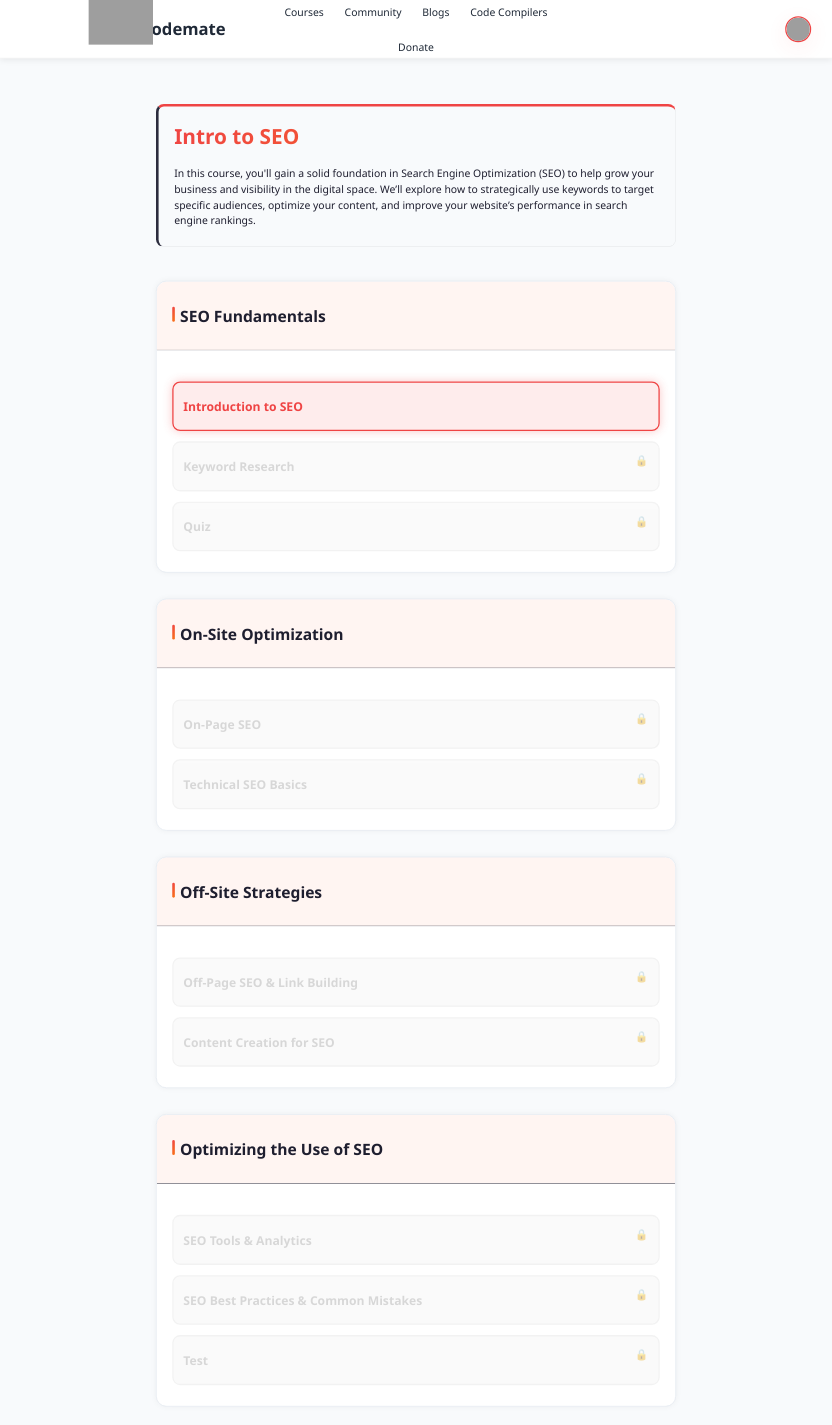
Repository: Duskofnight/code-website
Page: intro-to-seo.html
These files come from the project's save history. The page is drawn as it stood at one moment and after the next save; the edit follows.
The browser window is 1280 px wide. The pictures show the whole page, at 65% of full size.
Pictures or frames that could not be fetched are drawn as grey boxes.

Above is the page before, as saved 2025-08-12 19:06:58.

### intro-to-seo.html
<!DOCTYPE html>
    <head>
        <meta charset="UTF-8">
        <meta lang="en">
        <meta name="viewport" content="width=device-width, initial-scale=1.0">
        <title>Intro to SEO</title>
        <link rel="stylesheet" href="/intro-to-seo.css">
    </head>
    <body>
        <header class="header">

            <div class="landing-page-container-codemate-logo">
            <a href="home-page.html" class="logo-link">
                <img src="https://raw.githubusercontent.com/Duskofnight/codemate-assets/refs/heads/main/codemate-nologo-transparent-red.png" class="landing-page-codemate-logo" alt="Codemate Logo">
                <h2>codemate</h2>
            </a>
            </div>

            <nav class="navbar">
            <a href="courses-page.html" class="nav-link">Courses</a>
            <a href="community.html" class="nav-link">Community</a>
            <a href="blogs-page.html" class="nav-link">Blogs</a>
            <a href="code-compilers.html" class="nav-link">Code Compilers</a>
            <a href="donate.html" class="nav-link">Donate</a>
            </nav>

            <div class="header-profile">
                <img src="https://images.pexels.com/photos/414612/pexels-photo-414612.jpeg?cs=srgb&dl=pexels-souvenirpixels-414612.jpg&fm=jpg" class="header-profile-pic" id="header-profile-pic">
                <div class="dropdown" id="dropdownMenu">

                <a href="#"><i class="fas fa-user"></i>Profile</a>
                <a href="#"><i class="fas fa-cog"></i> Settings</a>
                <a href="#"><i class="fas fa-question-circle"></i> Help</a>
                <a onclick="logout()"><i class="fas fa-sign-out-alt"></i> Log Out</a>
            </div>
            </div>

            <div class="topnav">
            <div id="myLinks">
                <a href="courses-page.html" class="nav-link"><h4>Courses</h4></a>
                <a href="community.html" class="nav-link"><h4>Community</h4></a>
                <a href="blogs-page.html" class="nav-link"><h4>Blogs</h4></a>
                <a href="code-compilers" class="nav-link"><h4>Code Compilers</h4></a>
                <a href="account" class="nav-link"><h4>Account</h4></a>
            </div>
            <div class="menu-icon" onclick="myFunction()">
                <span class="bar1"></span>
                <span class="bar2"></span>
                <span class="bar3"></span>
            </div>
            </div>

        </header>


        <div class="lesson-head">
            <h1 class="intro-title">Intro to SEO</h1>
            <p id="lesson-head-description">In this course, you'll gain a solid foundation in Search Engine Optimization (SEO) to help grow your business and visibility in the digital space. We’ll explore how to strategically use keywords to target specific audiences, optimize your content, and improve your website’s performance in search engine rankings.</p>
        </div>

        <section class="course-container">
        <div class="course-box">
            <div class="course-box-header">
                <h2>SEO Fundamentals</h2>
            </div>
            <a href="./intro-to-seo/seo-introduction.html">
                <div class="lesson introduction">
                    <h3>Introduction to SEO</h3>
                </div>
            </a>
            <a href="./intro-to-seo/keyword-research.html">
            <div class="lesson keyword">
                <h3>Keyword Research</h3>
            </div>
            </a>
            <a href="./intro-to-seo/seo-quiz.html">
            <div class="quiz">
                <h3>Quiz</h3>
            </div>
            </a>
        </div>

        <div class="course-box">
            <div class="course-box-header">
                <h2>On-Site Optimization</h2>
            </div>
            <div class="lesson on-page">
                <a href="./intro-to-seo/on-page-seo.html">
                <h3>On-Page SEO</h3>
            </div>
            </a>
            <a href="./intro-to-seo/technical-seo.html">
            <div class="lesson technical">
                <h3>Technical SEO Basics</h3>
            </div>
            </a>
        </div>
        <div class="course-box">
            <div class="course-box-header">
                <h2>Off-Site Strategies</h2>
            </div>
            <a href="./intro-to-seo/off-page.html">
            <div class="lesson off-page">
                <h3>Off-Page SEO & Link Building</h3>
            </div>
            </a>
            <a href="./intro-to-seo/content-creation-seo.html">
            <div class="lesson content-creation">
                <h3>Content Creation for SEO</h3>
            </div>
            </a>
        </div>
        <div class="course-box">
            <div class="course-box-header">
                <h2>Optimizing the Use of SEO</h2>
            </div>
            <a href="./intro-to-seo/seo-tools-and-analytics.html">
            <div class="lesson tools">
                <h3>SEO Tools & Analytics</h3>
            </div>
            </a>
            <a href="./intro-to-seo/seo-best-practices.html">
            <div class="lesson best-practices">
                <h3>SEO Best Practices & Common Mistakes</h3>
            </div>
            </a>
            <a href="./intro-to-seo/seo-test">
            <div class="test                                                                                                                                                                                                                                ">
                <h3>Test</h3>
            </div>
            </a>
        </div>
        </section>



        <script src="/intro-to-seo.js"></script>
    </body>
</html>

### intro-to-seo.css
:root {
  --primary: #F9F9FA;
  --accent: #f53333;
  --text: #1E1E2F;
  --secondary: #2C2C3E;

  --primary-bg: #fefefe;
  --secondary-bg: #ffffff;
  --tertiary-bg: #f8f9fa;
  --card-bg: rgba(255, 255, 255, 0.95);
  --glass-bg: rgba(255, 255, 255, 0.8);
  --accent-primary: #ef4444;
  --accent-secondary: #dc2626;
  --accent-tertiary: #b91c1c;
  --accent-coral: #f97316;
  --accent-pink: #ec4899;
  --text-primary: #1f2937;
  --text-secondary: #6b7280;
  --text-muted: #9ca3af;
  --border-primary: rgba(239, 68, 68, 0.15);
  --border-secondary: rgba(0, 0, 0, 0.06);


  --gradient-primary: linear-gradient(135deg, var(--accent-primary), var(--accent-coral));
  --gradient-secondary: linear-gradient(135deg, var(--accent-secondary), var(--accent-pink));
  --gradient-bg: linear-gradient(135deg, var(--primary-bg), var(--secondary-bg));
  --gradient-card: linear-gradient(135deg, rgba(255, 255, 255, 1), rgba(248, 249, 250, 1));


  --shadow-primary: 0 8px 32px rgba(239, 68, 68, 0.08);
  --shadow-secondary: 0 8px 32px rgba(220, 38, 38, 0.08);
  --shadow-card: 0 16px 40px rgba(0, 0, 0, 0.04);
  --shadow-glow: 0 0 20px rgba(239, 68, 68, 0.15);


  --transition-fast: 0.2s cubic-bezier(0.4, 0, 0.2, 1);
  --transition-smooth: 0.3s cubic-bezier(0.4, 0, 0.2, 1);
  --transition-bounce: 0.4s cubic-bezier(0.175, 0.885, 0.32, 1.275);
}



*,
*::before,
*::after {
  box-sizing: border-box;
}

body {
  font-family: 'Segoe UI', sans-serif;
  background: #F8FAFC;
  color: var(--text);
  padding: 0 1.5rem;

}



.header {
  position: fixed;
  top: 0;
  left: 0;
  width: 100%;
  background: #ffffff;
  color: var(--text-primary);
  border-bottom: 1px solid var(--border-secondary);
  box-shadow: 0 2px 10px rgba(0, 0, 0, 0.08);
  z-index: 1000;
  padding: 0 2rem;
  display: flex;
  justify-content: space-between;
  box-sizing: border-box;
  align-items: center;
  height: 90px;
}

.landing-page-container-codemate-logo a {
  display: flex;
  align-items: center;
  flex: 1;
  text-decoration: none;
  color: inherit;
  pointer-events: none;
}

.landing-page-container-codemate-logo a img,
.landing-page-container-codemate-logo a h2 {
  pointer-events: auto;
}

.landing-page-container-codemate-logo,
.navbar {
  flex: 1;
  display: flex;
  align-items: center;
  justify-content: center;
}


.landing-page-codemate-logo {
  height: 100px;
  width: 100px;
  object-fit: contain;
  margin-left: 6.5em;
  position: relative;
  bottom: 0.8rem;
  margin-right: -1rem;
}



.landing-page-container-codemate-logo h2 {
  font-size: 1.6rem;
  margin: 0;
  position: static;
  white-space: nowrap;
  color: var(--text-primary)
}

.navbar {
  gap: 2rem;
  flex-wrap: wrap;
  color: var(--text-primary)
}

.nav-link {
  text-decoration: none;
  color: inherit;
}

.nav-link:hover, .header .login-button:hover {
  color: var(--accent);
}

.header-profile {
  flex: 1;
  display: flex;
  justify-content: flex-end;
}

.header-profile-pic {
  border-radius: 50%;
  width: 40px;
  height: 40px;
  display: block;
  border: 2px solid var(--accent-primary);
  box-shadow: var(--shadow-primary);
  transition: var(--transition-smooth);
  cursor: pointer;
}


.dropdown {
  position: absolute;
  top: 80px;
  right: 1rem;
  background: #fff;
  border-radius: 10px;
  box-shadow: 0 6px 12px rgba(0,0,0,0.1);
  width: 220px;
  display: none;
  z-index: 999;
  padding: 0.8rem 0.5rem;
}

.dropdown.show {
  display: block;
}



.dropdown a {
  display: flex;
  align-items: center;
  padding: 0.8rem 1rem;
  text-decoration: none;
  color: #333;
  transition: background 0.2s;
  cursor: pointer;
}

.dropdown a:hover {
  background: #f0f0f0;
}

.dropdown a i {
  margin-right: 10px;
  color: #666;
}


.topnav {
  display: none;
  cursor: pointer;
}


.intro-title {
  font-size: 2rem;
  background: var(--gradient-primary);
  -webkit-background-clip: text;
  -webkit-text-fill-color: transparent;
  background-clip: text;
  font-weight: 800;

}

.lesson-head {
  text-align: left;
  margin: 0 auto;
  margin-top: 10rem;
  border: 1px solid var(--border-secondary);
  border-top: 4px solid var(--accent-primary);
  border-left: 4px solid var(--secondary);
  border-radius: 12px;
  max-width: 800px;
  padding: 1.5rem;
  padding-top: 0;
  padding-bottom: 12px;
  line-height: 1.5;
  margin-bottom: 1.5rem;
}

.lesson-head-description {
  color: #1E1E2F;
}









.course-container {
  display: flex;
  flex-direction: column;
  max-width: 800px;
  width: 100%;
  margin: 0 auto;
  margin-top: 2rem;
}

.course-box {
  margin: 1.25rem 0;
  background: white;
  border-radius: 16px;
  box-shadow: var(--shadow-md);
  border: 1px solid #e2e8f0;
  overflow: hidden;
  transition: var(--transition);
  width: 100%;
  max-width: 800px;
  padding: 1rem 1.5rem;
  box-shadow: 0 0 10px rgba(0,0,0,0.05);
  animation: slideUp 0.6s ease-out;
  transition: var(--transition-smooth);
}

.course-box:hover {
  transform: translateY(-4px);
  box-shadow: 0 20px 60px rgba(239, 68, 68, 0.06);
}

div > h2::before {
  content: '';
  width: 4px;
  height: 23px;
  background: var(--gradient-primary);
  border-radius: 2px;
  display: inline-block;
  margin-right: 0.5rem;

}


.course-box-header {
  background: rgba(255, 68, 0, 0.05);
  border-bottom: 1px solid #1E1E2F;
  border-top-left-radius: 16px;
  border-top-right-radius: 16px;
  margin: -1rem -1.5rem 3rem -1.5rem;
  padding: 1rem 1.5rem;

}



.quiz, .test, .lesson {
  display: flex;
  flex-wrap: wrap;
  flex-direction: column;
  border: 2px solid #e2e8f0;
  background-color: white;
  margin: 0 auto;
  margin-bottom: 1rem;
  margin-top: 1rem;
  max-width: 900px;
  padding: 5px;
  padding-left: 15px;
  text-align: left;
  border-radius: 12px;
  animation: slideUp 0.4s ease-out;
  transition: var(--transition-smooth);
}

.lesson:hover, .quiz:hover, .test:hover {
  background: rgba(255, 68, 0, 0.05);
  box-shadow: var(--shadow-md);
  transform: translateX(4px);
  border-color: var(--accent-coral);
}

.lesson:hover::before, .quiz:hover::before, .test:hover::before {
  transform: scaleY(1);
}

.lesson:hover h3, .quiz:hover h3, .test:hover h3 {
  color: var(--accent-coral);
}


a {
  text-decoration: none;
  color: black;
}







.lesson.locked,
.quiz.locked,
.test.locked {
    opacity: 0.4;
    background-color: #f5f5f5 !important;
    border-color: #e0e0e0 !important;
    cursor: not-allowed;
}

.lesson.locked h3,
.quiz.locked h3,
.test.locked h3 {
    color: #9e9e9e !important;
}

.lesson.locked:hover,
.quiz.locked:hover,
.test.locked:hover {
    transform: none !important;
    box-shadow: none !important;
    background-color: #f5f5f5 !important;
    border-color: #e0e0e0 !important;
}

.lesson.completed,
.quiz.completed,
.test.completed {
    border-color: #4caf50 !important;
    background-color: #f1f8e9 !important;
}

.lesson.completed h3,
.quiz.completed h3,
.test.completed h3 {
    color: #388e3c !important;
}

.lesson.current,
.quiz.current,
.test.current {
    border-color: var(--accent-primary) !important;
    background-color: rgba(239, 68, 68, 0.1) !important;
    box-shadow: 0 0 15px rgba(239, 68, 68, 0.3) !important;
    position: relative;
}

.lesson.current h3,
.quiz.current h3,
.test.current h3 {
    color: var(--accent-primary) !important;
    font-weight: 700 !important;
}

/* Icons */
.lesson-checkmark,
.lesson-lock {
    position: absolute;
    top: 1rem;
    right: 1rem;
    font-size: 1.2rem;
    font-weight: bold;
}

.lesson-checkmark {
    color: #4caf50;
    background: #e8f5e8;
    border-radius: 50%;
    width: 24px;
    height: 24px;
    display: flex;
    align-items: center;
    justify-content: center;
    font-size: 0.9rem;
}

.lesson-lock {
    color: #757575;
    font-size: 1rem;
}

.lesson,
.quiz,
.test {
    position: relative;
}









@media (max-width: 1070px) and (min-width: 500px) {
  .navbar,
  .buttons, .header-profile {
    display: none;
  }

  .topnav {
    display: flex;
    flex-direction: column;
    align-items: flex-end;
    position: relative;
    z-index: 1000;
    width: 100%;
  }




  #myLinks {
    display: flex;
    position: fixed;
    top: 89px;
    left: 0;
    background-color: var(--primary);
    width: 100vw;
    height: 0;
    overflow: hidden;
    overflow-y: auto;
    z-index: 999;
    -webkit-overflow-scrolling: touch;
    box-sizing: border-box;
    transition: height 0.4s ease;
    display: flex;
    flex-direction: column;
    align-items: left;
    pointer-events: none;
  }



  #myLinks a {
    display: block;
    padding-left: 10px;
    color: var(--text);
    text-decoration: none;
    text-align: left;
    font-size: 1.75rem;
    opacity: 0;
    transform: translateY(20px);
    transition: opacity 0.4s ease, transform 0.4s ease;
  }



#myLinks.show {

  height: calc(100vh - 60px);

  pointer-events: auto;
}


#myLinks.show a {

  opacity: 1;
  transform: translateY(0);
}


.menu-icon {
  width: 30px;
  height: 22px;
  position: relative;
  cursor: pointer;
  display: inline-block;
  padding: 15px;
  color: white;
  margin-right: 30px;
  margin: 10px 30px 0 0;
}

.menu-icon span {
  background-color: black;
  display: block;
  position: absolute;
  height: 4px;
  width: 100%;
  border-radius: 2px;
  opacity: 1;
  left: 0;
  transition: all 0.3s ease;
}

.menu-icon .bar1 {
  top: 0;
}

.menu-icon .bar2 {
  top: 9px;
}

.menu-icon .bar3 {
  top: 18px;
}

.menu-icon.active .bar1 {
  transform: rotate(45deg);
  top: 9px;
}

.menu-icon.active .bar2 {
  opacity: 0;
}

.menu-icon.active .bar3 {
  transform: rotate(-45deg);
  top: 9px;
}

#myLinks.show a:nth-child(1) { transition-delay: 0.1s; }
#myLinks.show a:nth-child(2) { transition-delay: 0.2s; }
#myLinks.show a:nth-child(3) { transition-delay: 0.3s; }



  .topnav-buttons {
    display: flex;
    justify-content: center;
    padding-top: 3.5rem;
    gap: 10px;
    border-top: 1px solid white;

  }

  #myLinks > :first-child {
    padding-top: 0.5rem;
  }

  #myLinks > :last-child {
    padding-top: 4rem;
  }

  .landing-page-codemate-logo {
    margin-left: 1em;
  }

  .header {
    display: flex;
    justify-content: space-between;
    align-items: center;
    padding: 0;
  }
}


@media (max-width: 500px) {


  .landing-page-codemate-logo {
    margin-left: 1em;
  }

  .header {
    display: flex;
    justify-content: space-between;
    align-items: center;
    padding: 0;
  }



  .navbar,
  .buttons, .header-profile {
    display: none;
  }

  .topnav {
    display: flex;
    flex-direction: column;
    align-items: flex-end;
    position: relative;
    z-index: 1000;
    width: 100%;
  }




  #myLinks {
    display: flex;
    position: fixed;
    top: 99px;
    left: 0;
    background-color: var(--primary);
    width: 100vw;
    height: 0;
    overflow: hidden;
    overflow-y: auto;
    z-index: 999;
    -webkit-overflow-scrolling: touch;
    box-sizing: border-box;
    border-top: 1px solid white;
    transition: height 0.4s ease;
    display: flex;
    flex-direction: column;
    align-items: left;
    pointer-events: none;
  }



  #myLinks a {
    display: block;
    padding-left: 10px;
    color: var(--text);
    text-decoration: none;
    text-align: left;
    font-size: 1.75rem;
    opacity: 0;
    transform: translateY(20px);
    transition: opacity 0.4s ease, transform 0.4s ease;
  }



#myLinks.show {

  height: calc(100vh - 60px);

  pointer-events: auto;
}


#myLinks.show a {

  opacity: 1;
  transform: translateY(0);
}


.menu-icon {
  width: 30px;
  height: 22px;
  position: relative;
  cursor: pointer;
  display: inline-block;
  padding: 15px;
  color: white;
  margin-right: 30px;
  margin: 10px 30px 0 0;
}

.menu-icon span {
  background-color: black;
  display: block;
  position: absolute;
  height: 4px;
  width: 100%;
  border-radius: 2px;
  opacity: 1;
  left: 0;
  transition: all 0.3s ease;
}

.menu-icon .bar1 {
  top: 0;
}

.menu-icon .bar2 {
  top: 9px;
}

.menu-icon .bar3 {
  top: 18px;
}

.menu-icon.active .bar1 {
  transform: rotate(45deg);
  top: 9px;
}

.menu-icon.active .bar2 {
  opacity: 0;
}

.menu-icon.active .bar3 {
  transform: rotate(-45deg);
  top: 9px;
}

#myLinks.show a:nth-child(1) { transition-delay: 0.1s; }
#myLinks.show a:nth-child(2) { transition-delay: 0.2s; }
#myLinks.show a:nth-child(3) { transition-delay: 0.3s; }



  .topnav-buttons {
    display: flex;
    justify-content: center;
    padding-top: 3.5rem;
    gap: 10px;
    border-top: 1px solid white;

  }

  #myLinks > :first-child {
    padding-top: 0.5rem;
  }

  #myLinks > :last-child {
    padding-top: 4rem;
  }
}

### intro-to-seo.js
function myFunction() {
  const menu = document.getElementById("myLinks");
  const menuIcon = document.querySelector(".menu-icon");

  menu.classList.toggle("show");
  menuIcon.classList.toggle("active");
}



function logout() {
  localStorage.removeItem("token");
  window.location.href = "/login-page.html";
}


// Lesson completion tracking
const lessonProgress = {
    completed: [], // No completed lessons
    current: 'introduction', // Start with first lesson
    unlocked: ['introduction'] // Only first lesson unlocked
};

// Initialize lesson states on page load
document.addEventListener('DOMContentLoaded', function() {
    initializeLessonStates();
});

function initializeLessonStates() {
    const lessons = document.querySelectorAll('.lesson, .quiz, .test');

    lessons.forEach(lesson => {
        const lessonId = getLessonId(lesson);

        // Add completion status
        if (lessonProgress.completed.includes(lessonId)) {
            lesson.classList.add('completed');
            addCheckmark(lesson);
        } else if (lessonProgress.unlocked.includes(lessonId)) {
            lesson.classList.add('unlocked');
        } else {
            lesson.classList.add('locked');
            addLockIcon(lesson);
            lesson.style.pointerEvents = 'none';
        }

        // Mark current lesson
        if (lessonProgress.current === lessonId) {
            lesson.classList.add('current');
        }
    });
}

function getLessonId(lesson) {
    // Extract lesson ID from class names or href
    if (lesson.classList.contains('introduction')) return 'introduction';
    if (lesson.classList.contains('keyword')) return 'keyword';
    if (lesson.classList.contains('on-page')) return 'on-page';
    if (lesson.classList.contains('technical')) return 'technical';
    if (lesson.classList.contains('off-page')) return 'off-page';
    if (lesson.classList.contains('content-creation')) return 'content-creation';
    if (lesson.classList.contains('tools')) return 'tools';
    if (lesson.classList.contains('best-practices')) return 'best-practices';

    // For quiz and test
    const parent = lesson.closest('a');
    if (parent && parent.href.includes('seo-quiz')) return 'seo-quiz';
    if (parent && parent.href.includes('seo-test')) return 'seo-test';

    return 'unknown';
}

function addCheckmark(lesson) {
    const checkmark = document.createElement('span');
    checkmark.className = 'lesson-checkmark';
    checkmark.innerHTML = '✓';
    lesson.appendChild(checkmark);
}

function addLockIcon(lesson) {
    const lockIcon = document.createElement('span');
    lockIcon.className = 'lesson-lock';
    lockIcon.innerHTML = '🔒';
    lesson.appendChild(lockIcon);
}

// Function to complete a lesson (call this when user finishes a lesson)
function completeLesson(lessonId) {
    if (!lessonProgress.completed.includes(lessonId)) {
        lessonProgress.completed.push(lessonId);

        // Unlock next lesson
        const nextLesson = getNextLesson(lessonId);
        if (nextLesson && !lessonProgress.unlocked.includes(nextLesson)) {
            lessonProgress.unlocked.push(nextLesson);
        }

        // Re-initialize states
        initializeLessonStates();
    }
}

function getNextLesson(currentLessonId) {
    const lessonOrder = [
        'introduction', 'keyword', 'seo-quiz',
        'on-page', 'technical',
        'off-page', 'content-creation',
        'tools', 'best-practices', 'seo-test'
    ];

    const currentIndex = lessonOrder.indexOf(currentLessonId);
    return currentIndex !== -1 && currentIndex < lessonOrder.length - 1
        ? lessonOrder[currentIndex + 1]
        : null;
}

After the next save:
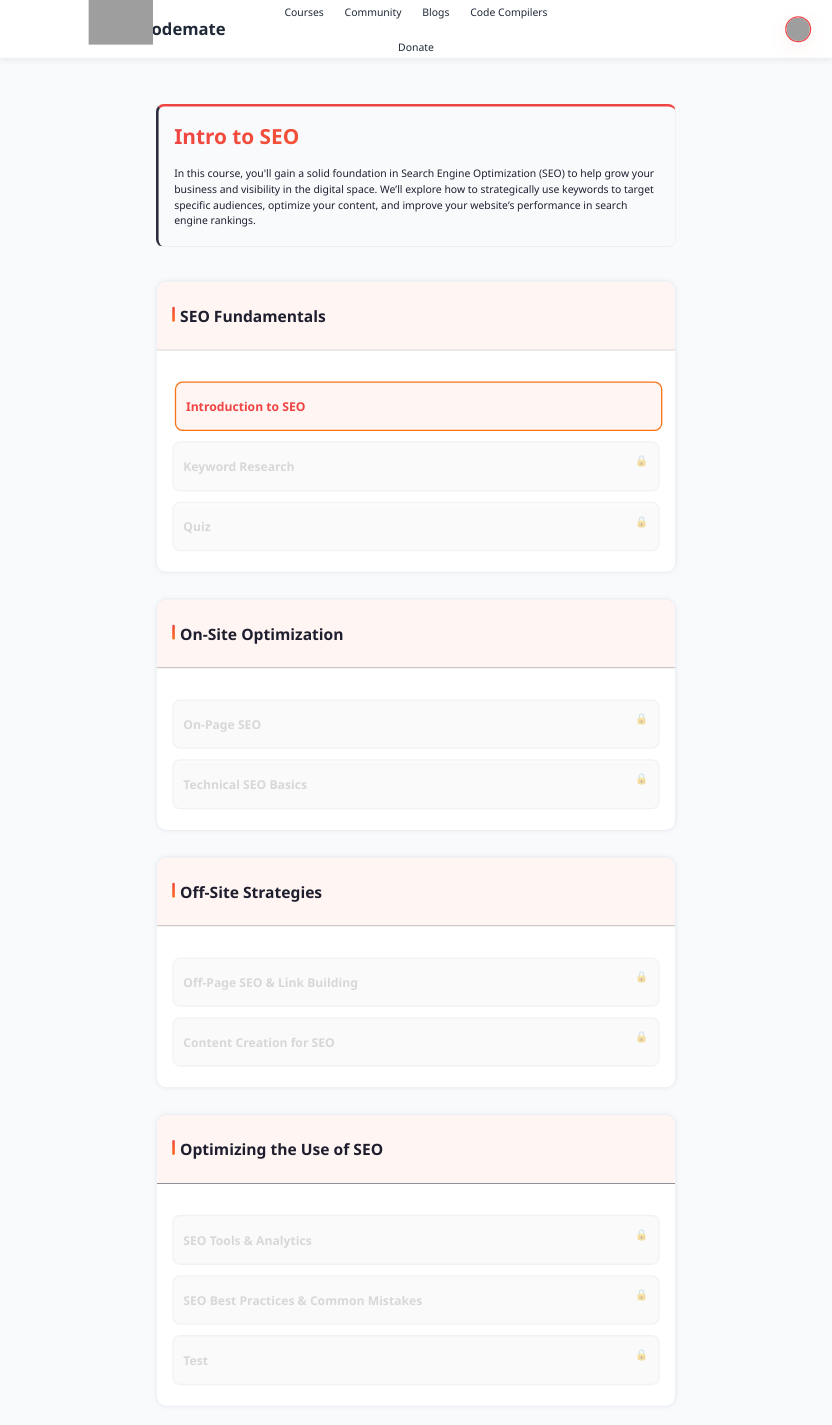
Saved 31 s later.
--- a/intro-to-seo.css
+++ b/intro-to-seo.css
@@ -372,10 +372,10 @@ a {
 .lesson.current,
 .quiz.current,
 .test.current {
-    border-color: var(--accent-primary) !important;
-    background-color: rgba(239, 68, 68, 0.1) !important;
-    box-shadow: 0 0 15px rgba(239, 68, 68, 0.3) !important;
-    position: relative;
+    background: rgba(255, 68, 0, 0.05);
+  box-shadow: var(--shadow-md);
+  transform: translateX(4px);
+  border-color: var(--accent-coral);
 }
 
 .lesson.current h3,
